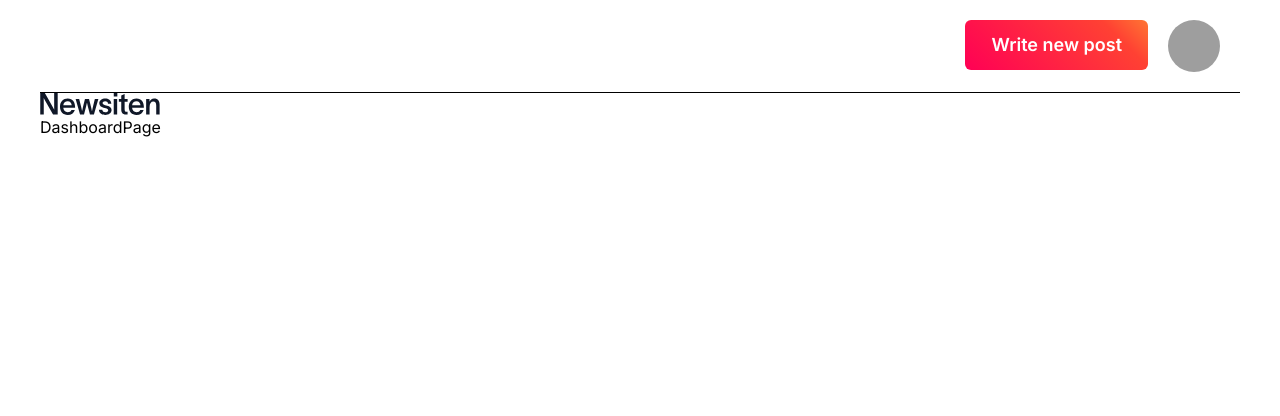
Repository: BrianPhamDev/Blog-App
Page: /dashboard
The author's editor kept a copy of each file at every save. The page is drawn from the files as they stood at one save, then again after the next save.
The browser window is 1280 px wide. The pictures show the whole page.
Pictures or frames that could not be fetched are drawn as grey boxes. The project was rebuilt for these pictures with package versions that can differ from the ones it lists, and the page was loaded fresh each time. Also part of the build but not shown: src/pages/signUpPage/signUpPage.scss, src/components/label/label.scss, src/components/label/Label.js, src/components/input/input.scss, src/components/input/Input.js, src/components/input/InputPasswordToggle.js, src/components/input/index.js, src/pages/authenticationPage/authenticationPage.scss and 23 more. Imported but missing from the stored project, and not drawn on this page: src/components/icons.

Above is the page before, as saved 2023-08-02 17:12:42.

After the next save:
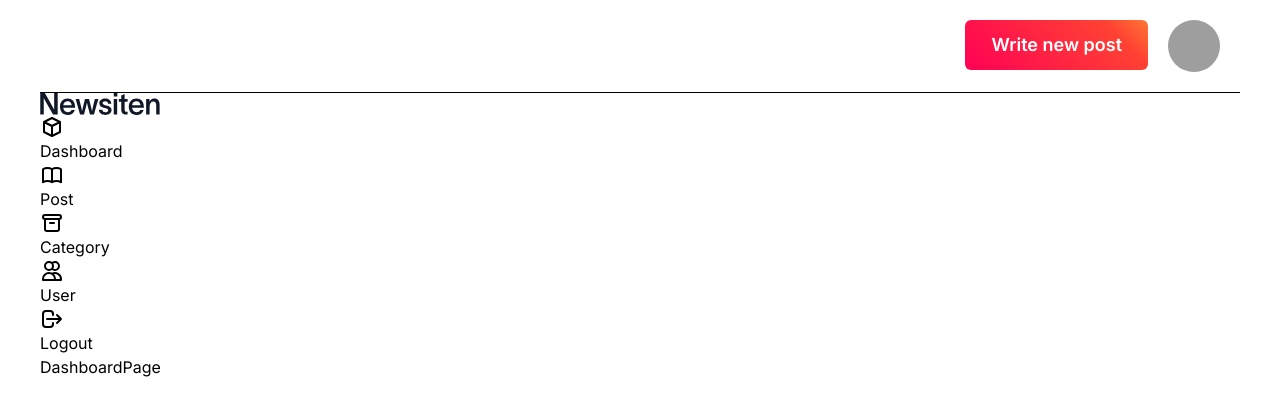
Saved 5 min 56 s later.
--- a/src/module/dashboard/Sidebar.js
+++ b/src/module/dashboard/Sidebar.js
@@ -111,6 +111,12 @@ const Sidebar = ({ children }) => {
       <div className="sidebar-logo">
         <img src="./Logo.svg" alt="Newsiten" className="w-[120px]" />
       </div>
+      {sidebarLinks.map((item) => (
+        <NavLink key={item.url} to={item.url} className="sidebar-menu">
+          <div className="menu-icon">{item.icon}</div>
+          <div className="menu-title">{item.title}</div>
+        </NavLink>
+      ))}
     </div>
   );
 };
